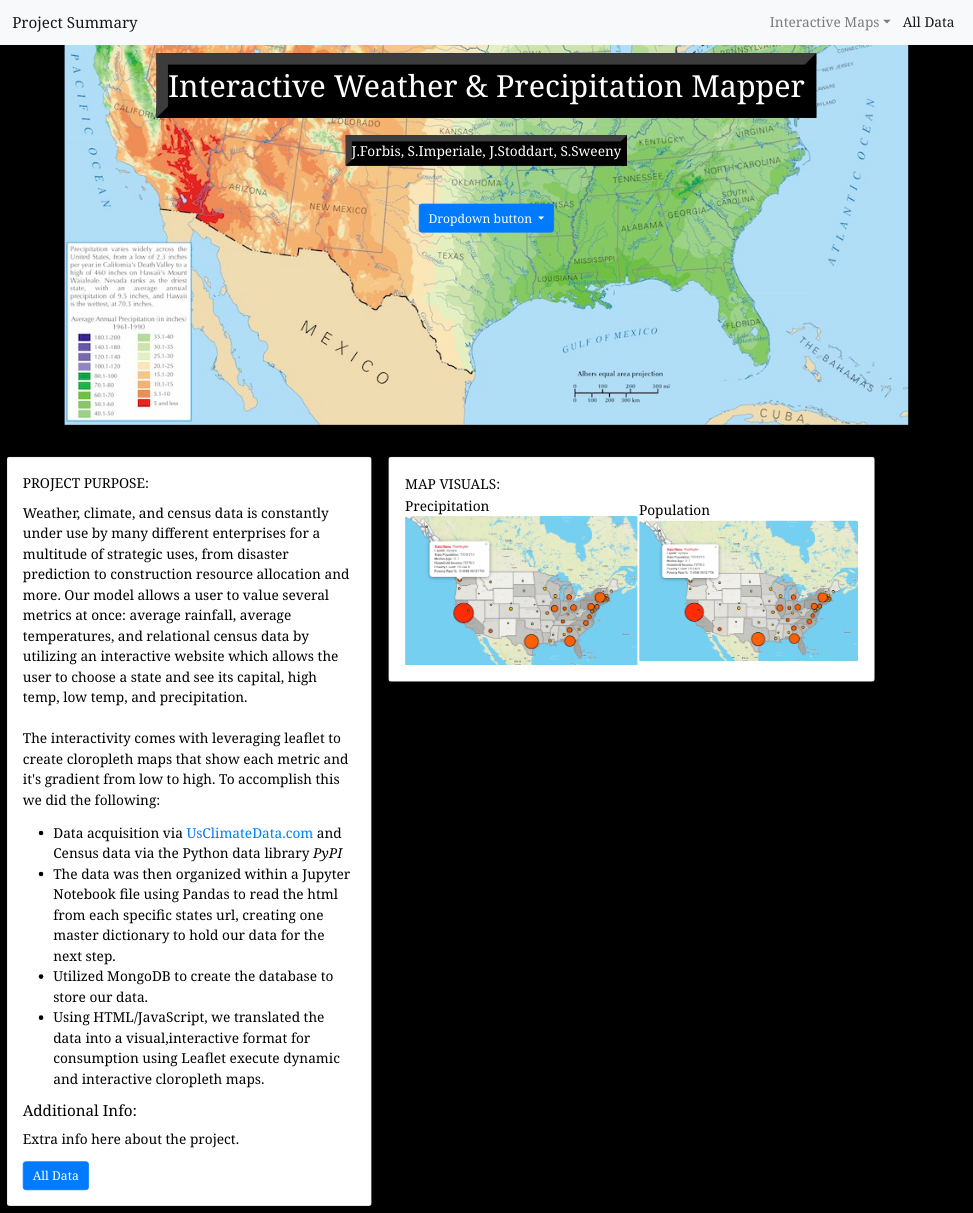
Repository: jforbis/project3-weathermap
Page: http://localhost/
The author's editor kept a copy of each file at every save. The page is drawn from the files as they stood at one save, then again after the next save.
The browser window is 1280 px wide. The pictures show the whole page, at 76% of full size.
Backgrounds fixed to the window are drawn as part of the page. The page is served by the project's application, run on Flask 3 (app.py).

Above is the page before, as saved 2021-03-16 01:32:05.

After the next save:
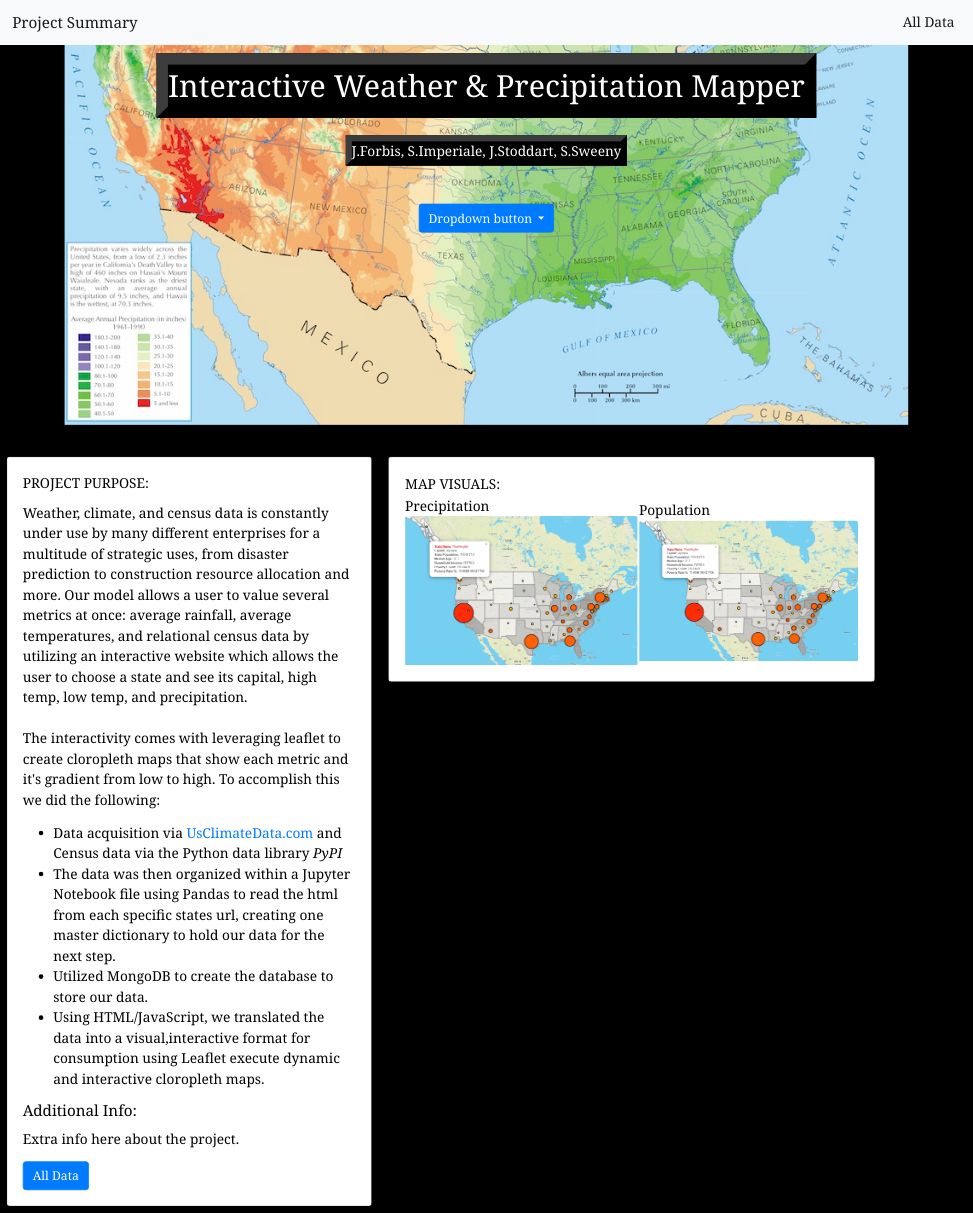
Saved 56 s later.
--- a/templates/index.html
+++ b/templates/index.html
@@ -22,23 +22,6 @@
     <div class="collapse navbar-collapse justify-content-end" id="navbarSupportedContent">
         <div class="nav navbar-nav navbar-right">
             <ul class="navbar-nav me-auto mb-2 mb-lg-0">
-                <li class="nav-item dropdown">
-                    <a class="nav-link dropdown-toggle" href="#" id="navbarDropdown" role="button"
-                        data-bs-toggle="dropdown" aria-expanded="false">Interactive Maps</a>
-                    <ul class="dropdown-menu" style="display: none;
-                    position: absolute;
-                    background-color: #f9f9f9;
-                    min-width: 160px;
-                    box-shadow: 0px 8px 16px 0px rgba(0,0,0,0.2);
-                    padding: 12px 16px;
-                    z-index: 1;"
-                    aria-labelledby="navbarDropdown">
-                        <a class="dropdown-item" href="Route#1">High Temps</a>
-                        <a class="dropdown-item" href="Route#2">Low Temps</a>
-                        <a class="dropdown-item" href="Route#3">Precipitation</a>
-                        <a class="dropdown-item" href="Route#4">Population</a>
-                    </ul>
-                </li>
                 <li class="nav-item active">
                     <a class="nav-link" href="data.html">All Data</a>
                 </li>
